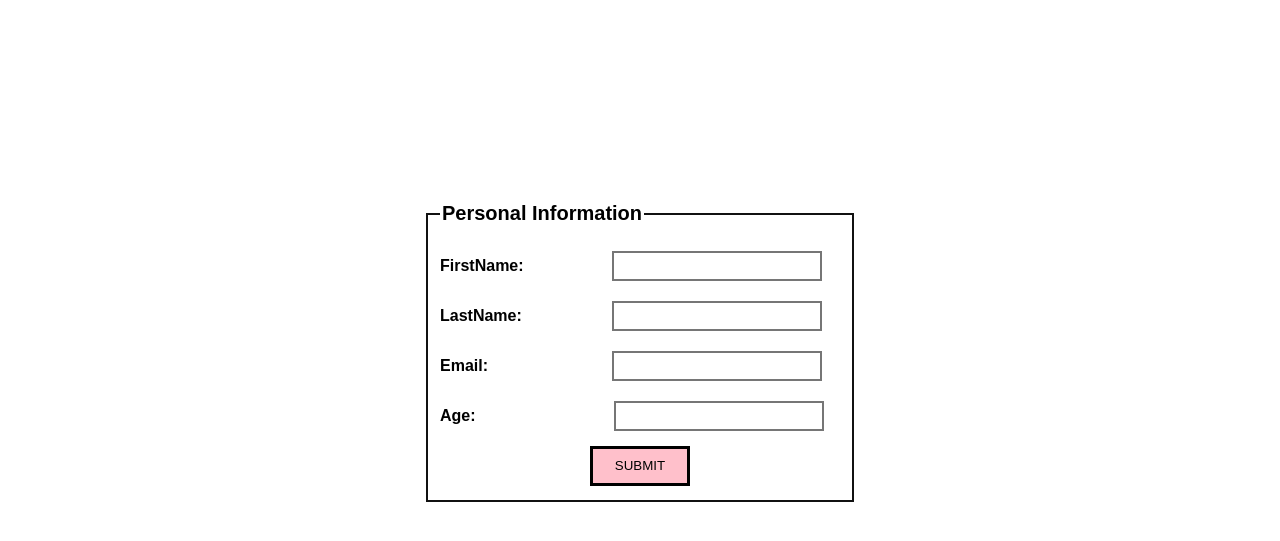
Repository: Femi007-gh/Legend
Page: index.html
These files come from the project's save history. The page is drawn as it stood at one moment and after the next save; the edit follows.
The browser window is 1280 px wide. The pictures show the whole page.

Above is the page before, as saved 2025-04-05 08:10:21.

After the next save:
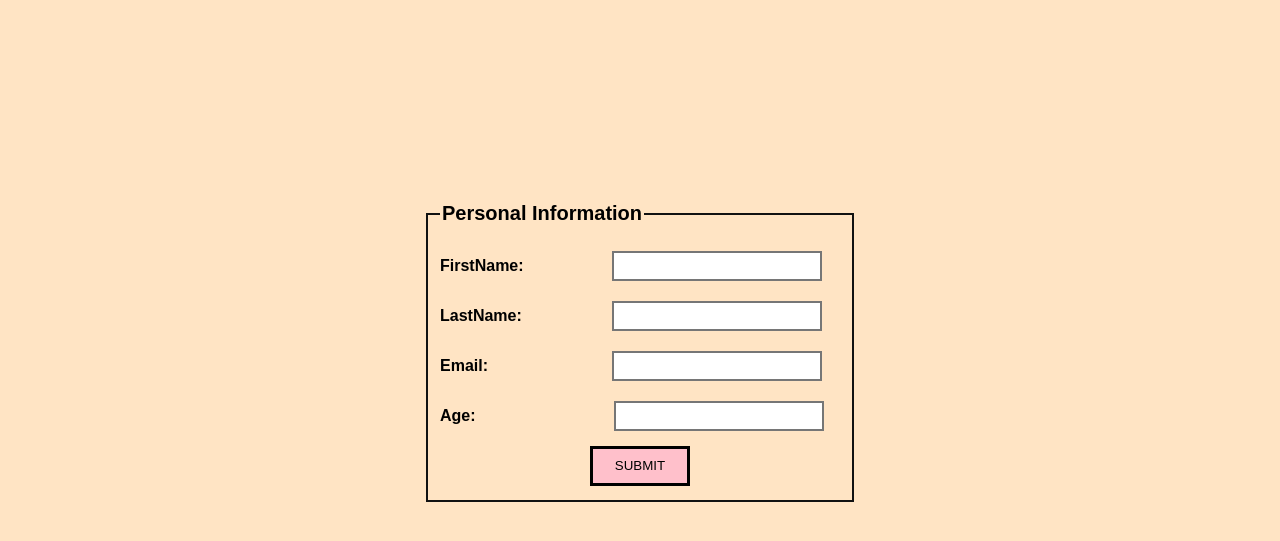
Saved 7 s later.
--- a/style.css
+++ b/style.css
@@ -4,7 +4,7 @@
   display: flex;
   justify-content: center;
   align-items: center;
-  background-color: ;
+  background-color:bisque ;
 }
 
 .ld {

After the 5 saves that followed:
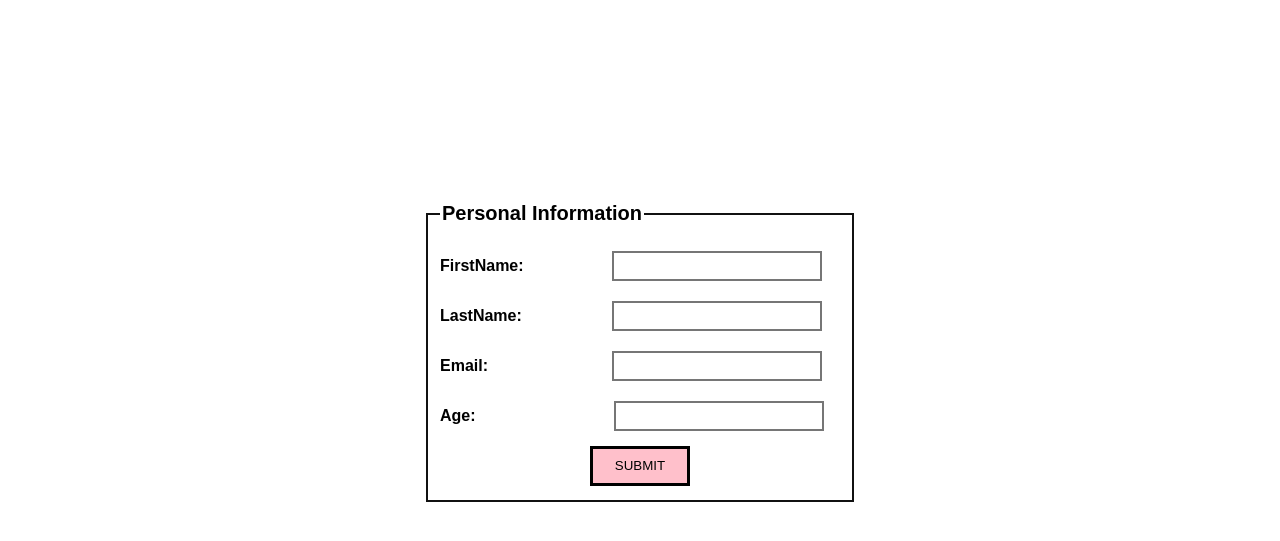
The 5 saves are shown as one change because they came seconds apart.
The last was saved 13 s later.
--- a/style.css
+++ b/style.css
@@ -4,7 +4,7 @@
   display: flex;
   justify-content: center;
   align-items: center;
-  background-color:bisque ;
+  background-color: n;
 }
 
 .ld {
